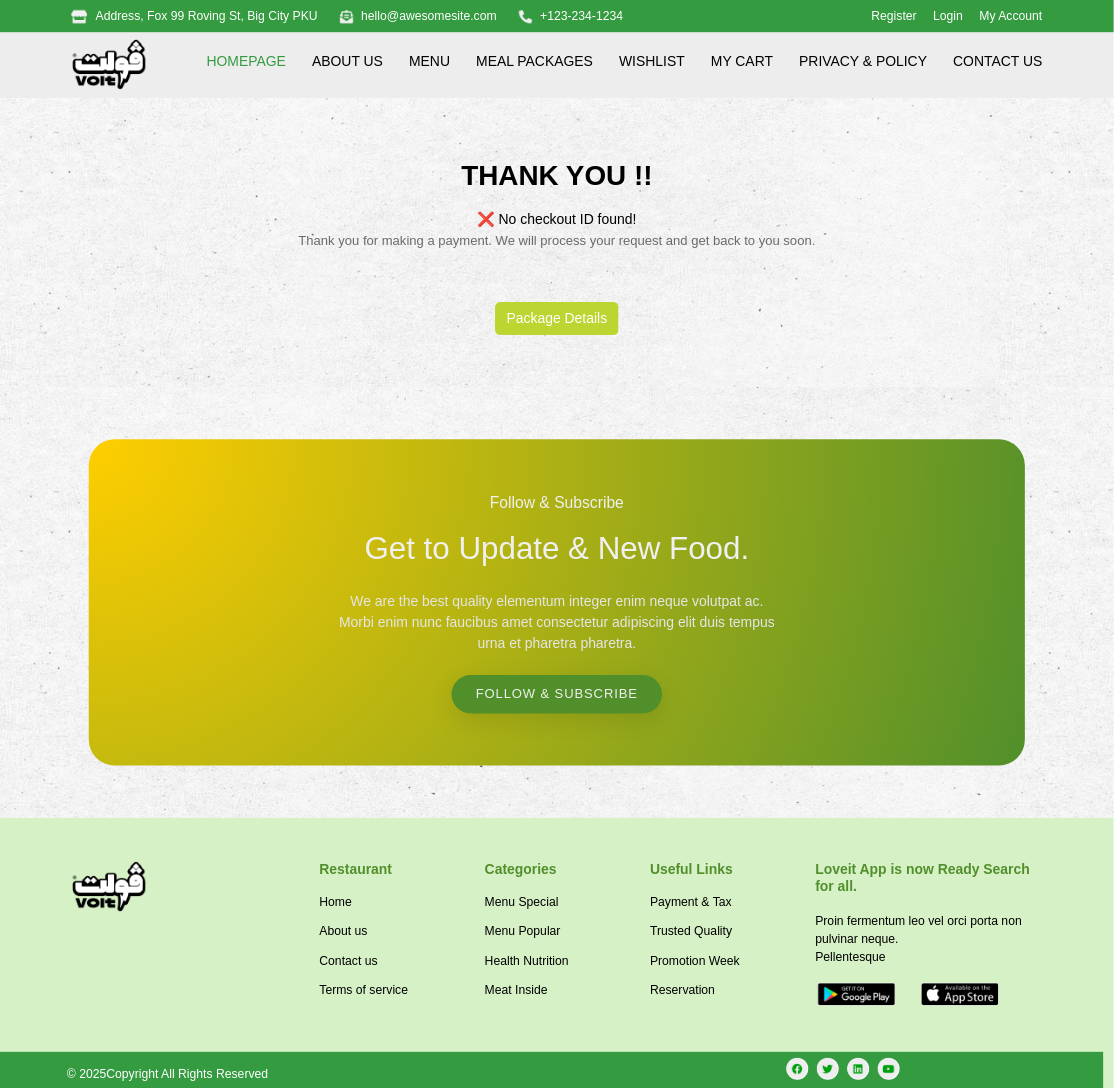
Repository: junivig/volt-new-project
Page: payment-success-package.html
These files come from the project's save history. The page is drawn as it stood at one moment and after the next save; the edit follows.
The browser window is 1280 px wide. The pictures show the whole page, at 87% of full size.
The page's requests for data from a server got no answer.

Above is the page before, as saved 2025-02-27 18:57:58.

After the next save:
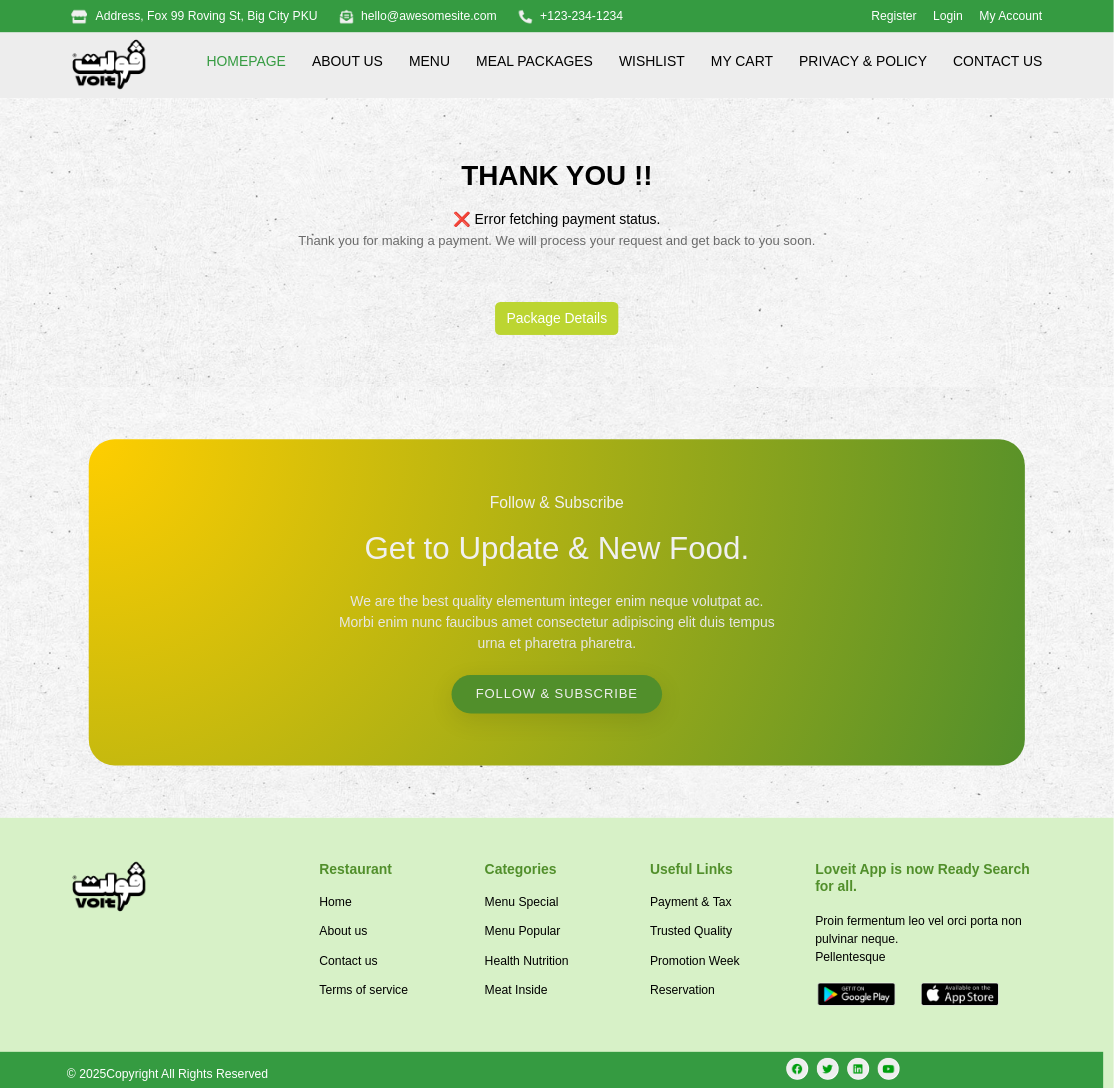
Saved 3 min 4 s later.
--- a/payment-success-package.html
+++ b/payment-success-package.html
@@ -145,11 +145,8 @@
      const token = localStorage.getItem("accessToken");
      const checkoutId = urlParams.get("id");
 
-     async function getPaymentStatus() {
-         if (!checkoutId) {
-             document.getElementById("payment-status").innerText = "❌ No checkout ID found!";
-             return;
-         }
+
+
 
          const resourcePath = `/v1/checkouts/${checkoutId}/payment`;
          const apiUrl = `${apiBaseUrl}/api/get-payment-status?resourcePath=${encodeURIComponent(resourcePath)}`;
@@ -179,7 +176,7 @@
          } catch (error) {
              document.getElementById("payment-status").innerText = "❌ Error fetching payment status.";
          }
-     }
+     },
 
      // 🔹 Function to buy package
      async function buyPackage(paymentDetails) {
@@ -219,8 +216,7 @@
          }
      }
 
-     await getPaymentStatus();
- });
+ );
  </script>
 
 

After the save that followed:
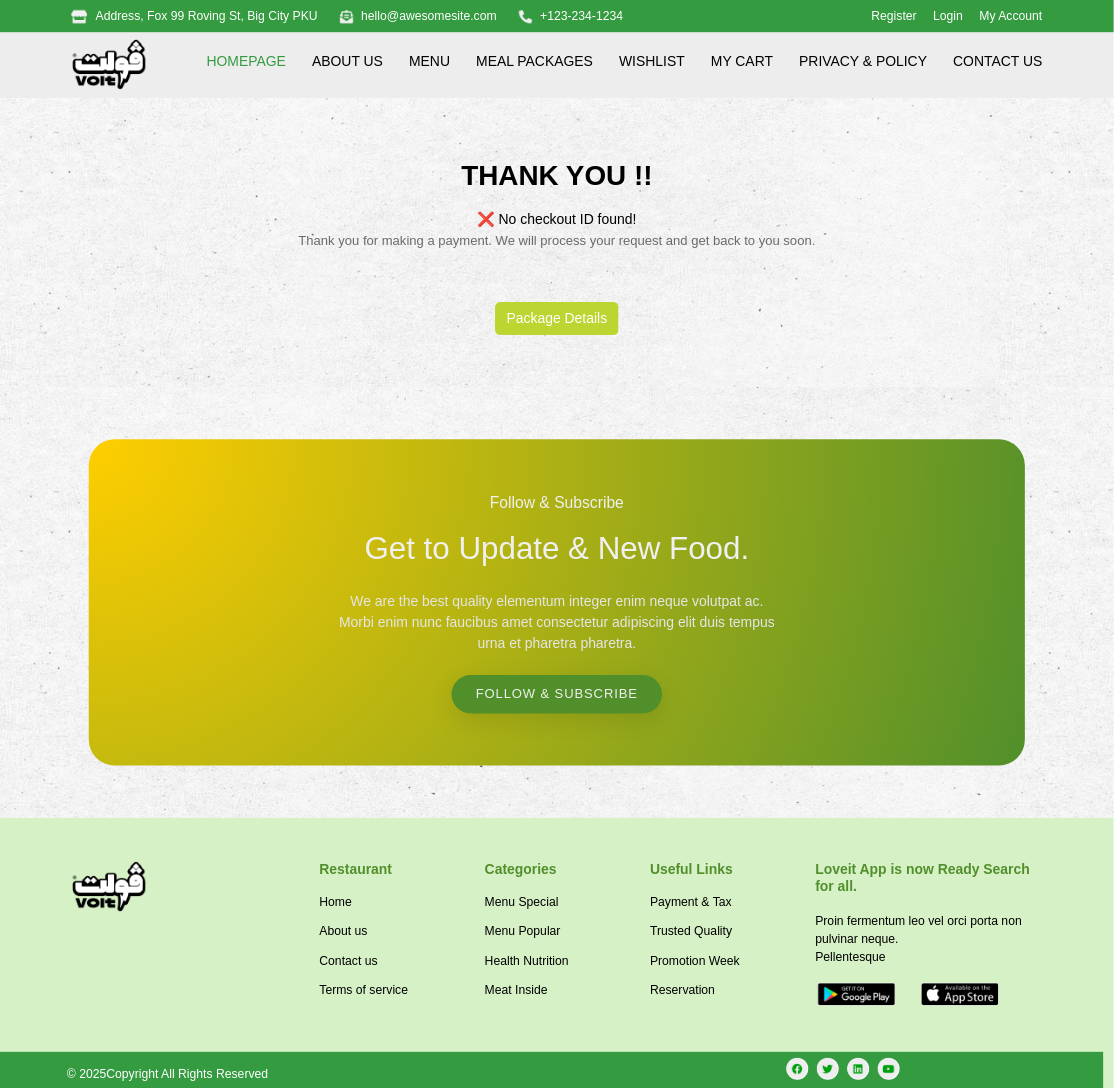
Saved 55 s later.
--- a/payment-success-package.html
+++ b/payment-success-package.html
@@ -145,8 +145,11 @@
      const token = localStorage.getItem("accessToken");
      const checkoutId = urlParams.get("id");
 
-
-
+     async function getPaymentStatus() {
+         if (!checkoutId) {
+             document.getElementById("payment-status").innerText = "❌ No checkout ID found!";
+             return;
+         }
 
          const resourcePath = `/v1/checkouts/${checkoutId}/payment`;
          const apiUrl = `${apiBaseUrl}/api/get-payment-status?resourcePath=${encodeURIComponent(resourcePath)}`;
@@ -176,7 +179,7 @@
          } catch (error) {
              document.getElementById("payment-status").innerText = "❌ Error fetching payment status.";
          }
-     },
+     }
 
      // 🔹 Function to buy package
      async function buyPackage(paymentDetails) {
@@ -216,7 +219,8 @@
          }
      }
 
- );
+     await getPaymentStatus();
+ });
  </script>
 
 
